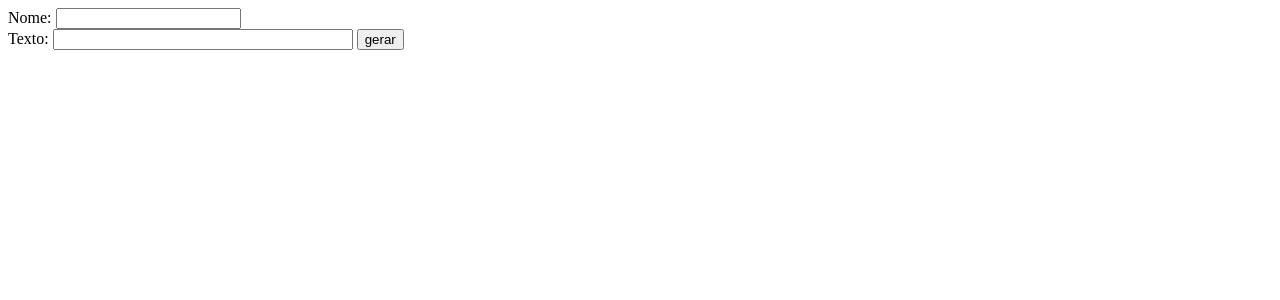
Repository: bVerneck/javaTex
Page: motos/src/main/webapp/form.html
The author's editor kept a copy of each file at every save. The page is drawn from the files as they stood at one save, then again after the next save.
The browser window is 1280 px wide. The pictures show the whole page.

Above is the page before, as saved 2023-03-08 17:05:09.

### motos/src/main/webapp/form.html
<html>
    <body>
         <form action="/motos/home"/>
         Nome: <input type"text" name="nome">
         <br>
         Texto: <input type="text" style="width:300px"/>
         <input type="submit" value="gerar" name="text" />
         </form>

    </body>


</html>

After the next save:
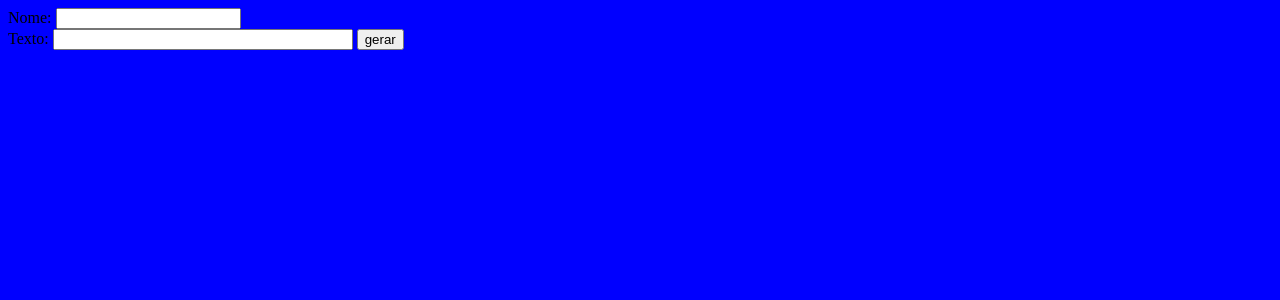
Saved 58 s later.
--- a/motos/src/main/webapp/form.html
+++ b/motos/src/main/webapp/form.html
@@ -1,5 +1,5 @@
 <html>
-    <body>
+    <body style="background-color: blue;">
          <form action="/motos/home"/>
          Nome: <input type"text" name="nome">
          <br>
